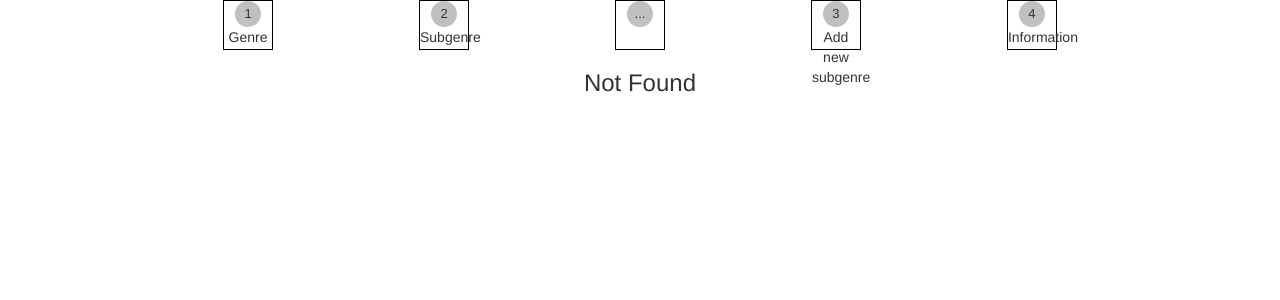
Repository: GregorPiev/angularjs-add-book
Page: index.html
An editor plug-in stored every save of this project. The page is shown before and after the next save, followed by the edit.
The browser window is 1280 px wide. The pictures show the whole page.

Above is the page before, as saved 2020-09-23 21:42:08.

### index.html
<!DOCTYPE html>
<html lang="en" ng-app="addBook">
	<head>
		<meta charset="UTF-8" />
		<meta name="viewport" content="width=device-width, initial-scale=1.0" />
		<title>Add Book - Test AngularJS</title>
		<base href="/" />
		<link
			rel="stylesheet"
			href="node_modules/bootstrap/dist/css/bootstrap.min.css"
			type="text/css"
		/>
		<link rel="stylesheet" href="app/style/style.css" />
	</head>
	<body>
		<div class="container-fluid">
			<div class="row">
				<div
					class="col-md-10 col-md-offset-1 col-sm-10 col-sm-offset-1 col-lg-10 col-lg-offset-1"
				>
					<main></main>
				</div>
			</div>
		</div>
		<script src="node_modules/angular/angular.min.js"></script>
		<script src="node_modules/angular-route/angular-route.min.js"></script>
		<script src="node_modules/angular-resource/angular-resource.min.js"></script>

		<script src="app/app.module.js"></script>
		<script src="app/app.config.js"></script>

		<script src="app/main/main.module.js"></script>
		<script src="app/main/main.component.js"></script>
		<script src="app/main/component/main.controller.js"></script>

		<script src="app/genre/genre.module.js"></script>
		<script src="app/genre/genre.component.js"></script>
		<script src="app/genre/component/genre.controller.js"></script>

		<script src="app/subgenre/subgenre.module.js"></script>
		<script src="app/subgenre/subgenre.component.js"></script>
		<script src="app/subgenre/component/subgenre.controller.js"></script>

		<script src="app/add-subgenre/add-subgenre.module.js"></script>
		<script src="app/add-subgenre/add-subgenre.component.js"></script>
		<script src="app/add-subgenre/component/add-subgenre.controller.js"></script>

		<script src="app/add-book/add-book.module.js"></script>
		<script src="app/add-book/add-book.component.js"></script>
		<script src="app/add-book/component/add-book.controller.js"></script>

		<script src="app/success/success.module.js"></script>
		<script src="app/success/success.component.js"></script>
		<script src="app/success/component/success.controller.js"></script>

		<script src="app/service/service.module.js"></script>
		<script src="app/service/service.service.js"></script>
	</body>
</html>

### app/style/style.css
.list-group {
  display: flex;
  align-items: stretch;
  flex-wrap: wrap;
  justify-content: space-between;
  align-content: space-between;
}

button.list-group-item {
  display: inline-block;
  box-sizing: border-box;
  width: 150px;
  border-radius: 5px;
  text-align: center;
  margin-top: 15px;
}
button.list-group-item.choosed {
  background-color: black;
  color: white;
}
.button-row {
  width: 100%;
  box-sizing: border-box;
  margin: 5px 10px 5px 0;
  text-align: right;
}
input[type='checkbox'] {
  width: 34px;
  margin-right: 0;
  padding-right: 0;
  display: inline-block;
}
label.check {
  width: 100%;
  display: inline;
}
.success {
  width: 360px;
  height: 360px;
  line-height: 90px;
  text-align: center;
  margin: 30px auto;
}
.success-title {
  font-size: 24px;
  margin-bottom: 30px;
}
.block-step {
  display: flex;
  align-items: stretch;
  flex-wrap: wrap;
  justify-content: space-between;
  align-content: space-between;
}
.step {
  width: 50px;
  height: 50px;
  text-align: center;
  border: solid 1px black;
}
.step-number {
  width: 26px;
  height: 26px;
  border-radius: 13px;
  text-align: center;
  font-size: 13px;
  background-color: silver;
  margin: auto auto;
  line-height: 26px;
}

### app/app.module.js
'use strict'
angular.module('addBook', [
    'ngRoute',
    'ngResource',

    'main',
    'genre',
    'subgenre',
    'addSubgenre',
    'addBookItem',
    'success'
]);

### app/app.config.js
'use strict'
angular.module('addBook')
    .config(function (
        $locationProvider,
        $routeProvider
    ) {
        console.info("Config");
        $locationProvider.html5Mode({ enabled: true });
        $routeProvider
            .when('/', {
                template: "<genre></genre>"
            })
            .when('/subgenre/:id', {
                template: '<subgenre></subgenre>'
            })
            .when('/add-subgenre/:id', {
                template: '<add-subgenre></add-subgenre>'
            })
            .when('/add-book/:id/:idb', {
                template: '<add-book-item></add-book-item>'
            })
            .when('/success', {
                template: '<success></success>'
            })
            .otherwise({
                template: '<h3>Not Found</h3>'
            })
    });

### app/main/main.module.js
'use strict'
angular.module('main', []);

### app/main/main.component.js
angular.module('main')
    .component('main', {
        templateUrl: '/app/main/component/main.template.html',
        controller: 'mainController',
        controllerAs: 'Main'
    })

### app/main/component/main.controller.js
'use strict'
angular.module('main')
    .controller('mainController', function ($scope) {
        $scope.title = 'Main Framework'
    })

### app/genre/genre.module.js
'use strict'
angular.module('genre', ['service']);

### app/genre/genre.component.js
angular.module('genre')
    .component('genre', {
        templateUrl: '/app/genre/component/genre.template.html',
        controller: 'genreController',
        controllerAs: 'Genre'
    })

### app/genre/component/genre.controller.js
angular.module('genre')
    .controller('genreController', function ($scope, Service, $location) {
        $scope.genreList = [];
        $scope.choosedId = 0;
        console.log('genreController');

        Service.get(function (data) {
            angular.forEach(data['genres'], function (item, index) {
                // console.log('item:', item)
                var genreItem = {
                    id: item.id,
                    name: item.name
                }
                // console.log('genreItem:', genreItem)
                $scope.genreList.push(genreItem);
            })
        });

        $scope.chooseGenre = function (id) {
            $scope.choosedId = id;
        }
        $scope.moveFroward = function () {
            $location.path(`/subgenre/${$scope.choosedId}`);
        }
    })

### app/subgenre/subgenre.module.js
'use strict'
angular.module('subgenre', []);

### app/subgenre/subgenre.component.js
angular.module('subgenre')
    .component('subgenre', {
        templateUrl: '/app/subgenre/component/subgenre.template.html',
        controller: 'subgenreController'
    })

### app/subgenre/component/subgenre.controller.js
'use strict'
angular.module('subgenre')
    .controller('subgenreController', function ($scope, $routeParams, Service, $location) {
        console.log('subgenreController')
        var id = $routeParams.id;
        $scope.title = `SubGenre ${id}`;


        $scope.genreList = [];
        $scope.choosedId = 0;
        console.log('genreController');

        Service.get(function (data) {
            var choosedItem = data['genres'].filter(function (item) {
                return item.id === +id;
            });

            //$scope.genreList[...choosedItem];

            angular.forEach(choosedItem[0]['subgenres'], function (item, index) {
                var genreItem = {
                    id: item.id,
                    name: item.name
                }
                $scope.genreList.push(genreItem);
            })
        });

        $scope.chooseGenre = function (id) {
            $scope.choosedId = id;
        }
        $scope.moveFroward = function () {
            if (+$scope.choosedId === -1) {
                $location.path(`/add-subgenre/${id}`);
            } else {
                $location.path('/');
            }

        }
        $scope.moveBack = function () {
            $location.path('/');
        }
    })

### app/add-subgenre/add-subgenre.module.js
'use strict'
angular.module('addSubgenre', []);

### app/add-subgenre/add-subgenre.component.js
'use strict'
angular.module('addSubgenre')
    .component('addSubgenre', {
        templateUrl: '/app/add-subgenre/component/add-subgenre.template.html',
        controller: 'addSubgenreController'
    })

### app/add-subgenre/component/add-subgenre.controller.js
'use strict'
angular.module('addSubgenre')
    .controller('addSubgenreController', function ($scope, $routeParams, $location, Service) {
        console.log('addSubgenreController')
        var id = $routeParams.id;

        $scope.name = '';
        $scope.isDescriptionRequired = false;


        $scope.sendVal = function () {
            console.log('Name:', $scope.name)
            console.log('isDescriptionRequired:', $scope.isDescriptionRequired);
            $scope.entry = Service.query({ id: id }, function () {
                // $scope.entry is fetched from server and is an instance of Entry
                $scope.entry.data = {
                    name: $scope.name,
                    isDescriptionRequired: $scope.isDescriptionRequired
                };
                $scope.entry.$update(function () {
                    //updated in the backend
                });
                $location.path(`/add-book/${id}/1`);
            });

        }
        $scope.moveBack = function () {
            $location.path(`/subgenre/${id}`);
        }
    });

### app/add-book/add-book.module.js
'use strict'
angular.module('addBookItem', []);

### app/add-book/add-book.component.js
'use strict'
angular.module('addBookItem')
    .component('addBookItem', {
        templateUrl: '/app/add-book/component/add-book.template.html',
        controller: 'addBookItemController'
    });

### app/add-book/component/add-book.controller.js
'use strict'
angular.module('addBookItem')
    .controller('addBookItemController', function ($scope, $routeParams, $location, Service) {
        console.log('addBookItemController')
        var id = $routeParams.id;
        var idb = $routeParams.idb;

        $scope.title = '';
        $scope.author = '';
        $scope.isbn = '';
        $scope.publisher = '';
        $scope.date = '';
        $scope.pages = '';
        $scope.format = '';
        $scope.edition = '';
        $scope.language = '';
        $scope.description = '';

        $scope.sendVal = function () {
            console.log('Name:', $scope.name)
            console.log('isDescriptionRequired:', $scope.isDescriptionRequired);
            $scope.entry = Service.query({ id: id }, function () {
                // $scope.entry is fetched from server and is an instance of Entry
                $scope.entry.data = {
                    title: $scope.title,
                    author: $scope.author,
                    isbn: $scope.isbn,
                    publisher: $scope.publisher,
                    date: $scope.date,
                    pages: $scope.pages,
                    format: $scope.format,
                    edition: $scope.edition,
                    language: $scope.language,
                    description: $scope.description
                };
                $scope.entry.$update(function () {
                    //updated in the backend
                });
                $location.path(`/success`);
            });

        }

        $scope.moveBack = function () {
            $location.path(`/add-subgenre/${id}`);
        }
    });

### app/success/success.module.js
angular.module('success', []);

### app/success/success.component.js
'use strict'
angular.module('success')
    .component('success', {
        templateUrl: '/app/success/component/success.template.html',
        controller: 'successController'
    })

### app/success/component/success.controller.js
angular.module('success')
    .controller('successController', function ($scope, $location) {
        console.log('successController');
        $scope.title = 'Book added successfully';

        $scope.next = function () {
            $location.path('/');
        }

    })

### app/service/service.module.js
'use strict'
angular.module('service', []);

### app/service/service.service.js
'use strict'
angular.module('service')
    .factory('Service', function ($resource) {
        console.log('Service')
        var url = '/data/data.json';

        return $resource(url, {
            id: '@_id'
        }, {
            query: {
                method: "GET",
                params: { id: '@_id' },
                isArray: false,
                cache: false
            },
            get: {
                method: "GET",
                isArray: false,
                cache: false
            },
            update: {
                method: "PUT"
            }
        })


    })

### app/main/component/main.template.html
<div class="container-fluid">
	<div class="row">
		<div class="col-md-10 col-md-offset-1 text-center block-step">
			<div class="step">
				<div class="step-number">1</div>
				Genre
			</div>
			<div class="step">
				<div class="step-number">2</div>
				Subgenre
			</div>

			<div class="step">
				<div class="step-number">...</div>
			</div>

			<div class="step">
				<div class="step-number">3</div>
				Add new subgenre
			</div>

			<div class="step">
				<div class="step-number">4</div>
				Information
			</div>
		</div>

		<div class="col-md-10 col-md-offset-1 text-center">
			<div ng-view></div>
		</div>
	</div>
</div>

Loaded but not shown: node_modules/bootstrap/dist/css/bootstrap.min.css (library); node_modules/angular/angular.min.js (library); node_modules/angular-route/angular-route.min.js (library); node_modules/angular-resource/angular-resource.min.js (library)

After the next save:
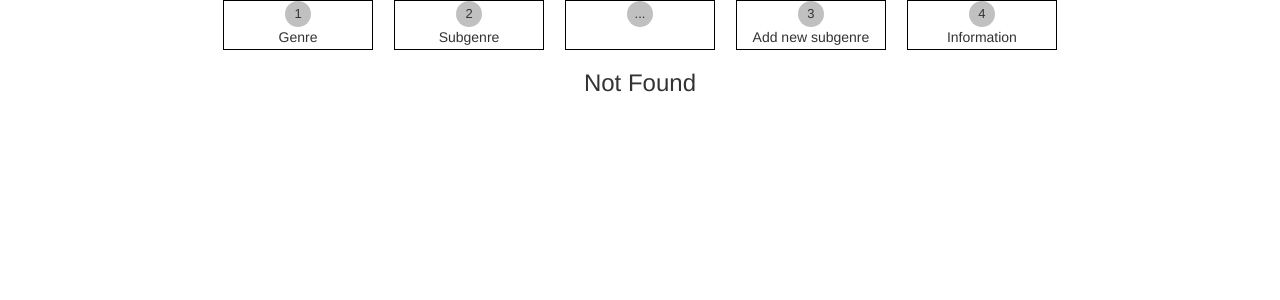
Saved 15 s later.
--- a/app/style/style.css
+++ b/app/style/style.css
@@ -53,7 +53,7 @@ label.check {
   align-content: space-between;
 }
 .step {
-  width: 50px;
+  width: 150px;
   height: 50px;
   text-align: center;
   border: solid 1px black;
